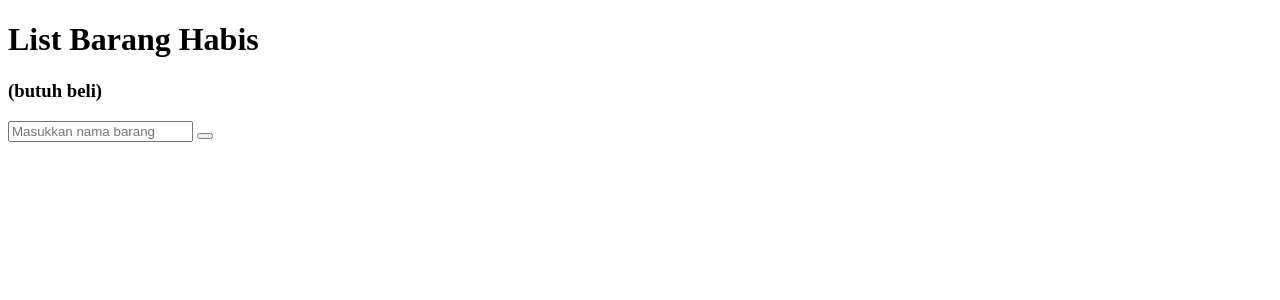
Repository: amorysdeo/dirumah
Page: index.html
An editor plug-in stored every save of this project. The page is shown before and after the next save, followed by the edit.
The browser window is 1280 px wide. The pictures show the whole page.

Above is the page before, as saved 2025-11-27 11:39:50.

After the next save:
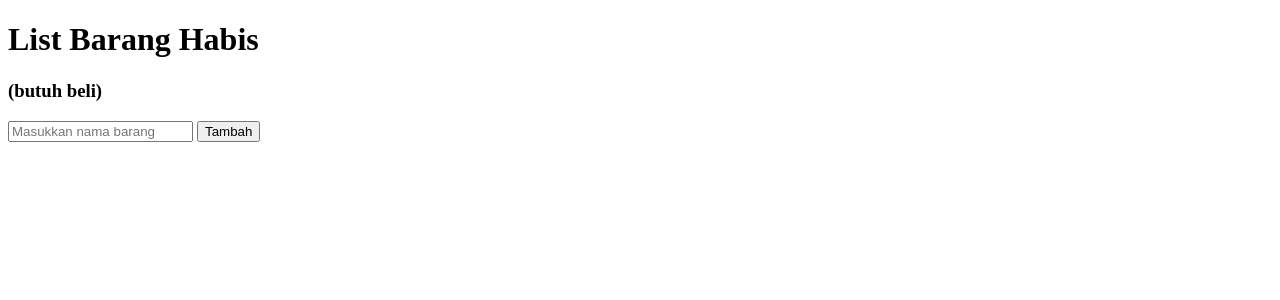
Saved 7 s later.
--- a/index.html
+++ b/index.html
@@ -13,7 +13,7 @@
         </div>
         <div id="inputan">
             <input type="text" id="barang" name="barang" placeholder="Masukkan nama barang">
-            <button></button>
+            <button>Tambah</button>
         </div>
     </div>
 
